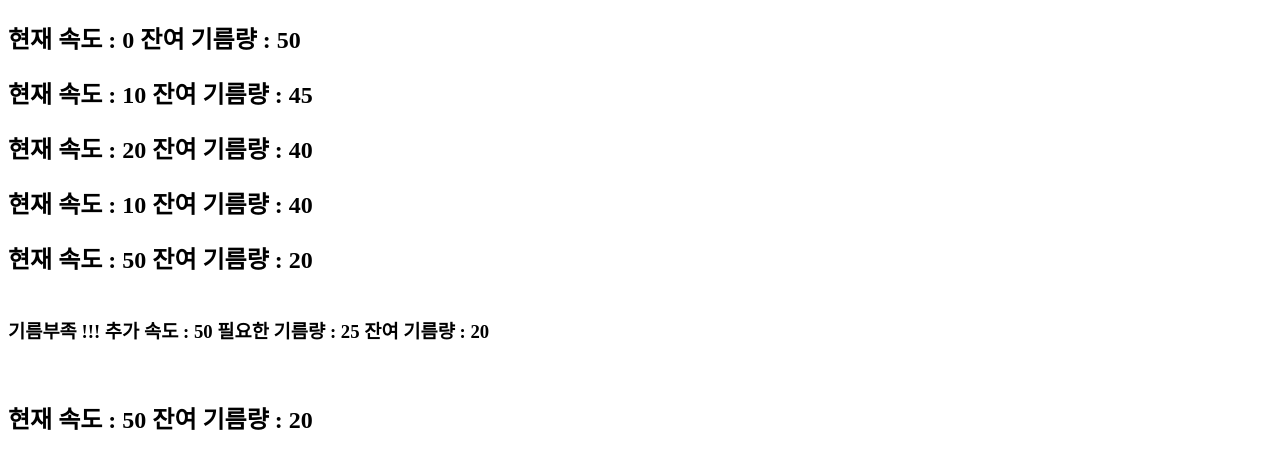
Repository: Dalso13/workspace
Page: workspace_web/chapter03_javascript/WebContent/06_객체/Ex07_객체문제.html
These files come from the project's save history. The page is drawn as it stood at one moment and after a run of saves; the edit follows.
The browser window is 1280 px wide. The pictures show the whole page.

Above is the page before, as saved 2023-05-11 06:19:07.

### workspace_web/chapter03_javascript/WebContent/06_객체/Ex07_객체문제.html
<!DOCTYPE html>
<html>
<head>
<meta charset="UTF-8">
<title>Insert title here</title>
<script type="text/javascript">
	/*
		1. 빈 객체 car 생성
		2. 객체 car에 동적으로 프로퍼티 추가
			1) model = 아무거나
			2) speed = 0
			3) oil	= 50;
			4) MAX_SPEED = 100
			5) speedUp 함수 -> speed 10 증가시 oil 5 사용
			6) speedDown 함수 -> speed 감소에 oil 미사용
	*/

	let car = {};

	car.model = "G80";
	car.speed = 0;
	car.oil = 50;
	car.MAX_SPEED = 100;


	function speedUp(speed) {
			if (speed/2 > car.oil) {
				document.write("<h3> <br>기름부족 !!!")
				document.write(" 추가 속도 : " + speed + " 필요한 기름량 : "+ speed/2
						+ " 잔여 기름량 : " + car.oil + "</h3><br>");

				speed = 0;
			}

			car.speed += speed;
			let count = speed/10;

			while (count > 0) {
				count--;
				car.oil -= 5;
			}

	}

	function speedDown(speed) {
		car.speed -= speed;
		if (car.speed <= 0) {
			car.speed = 0;
		}
	}

	document.write("<h2> 현재 속도 : " + car.speed + " 잔여 기름량 : " + car.oil + "</h2>");
	speedUp(10);
	document.write("<h2> 현재 속도 : " + car.speed + " 잔여 기름량 : " + car.oil + "</h2>");
	speedUp(10);
	document.write("<h2> 현재 속도 : " + car.speed + " 잔여 기름량 : " + car.oil + "</h2>");
	speedDown(10);
	document.write("<h2> 현재 속도 : " + car.speed + " 잔여 기름량 : " + car.oil + "</h2>");
	speedUp(40);
	document.write("<h2> 현재 속도 : " + car.speed + " 잔여 기름량 : " + car.oil + "</h2>");
	speedUp(50);
	document.write("<h2> 현재 속도 : " + car.speed + " 잔여 기름량 : " + car.oil + "</h2>");
</script>
</head>
<body>

</body>
</html>

After the next 2 saves:
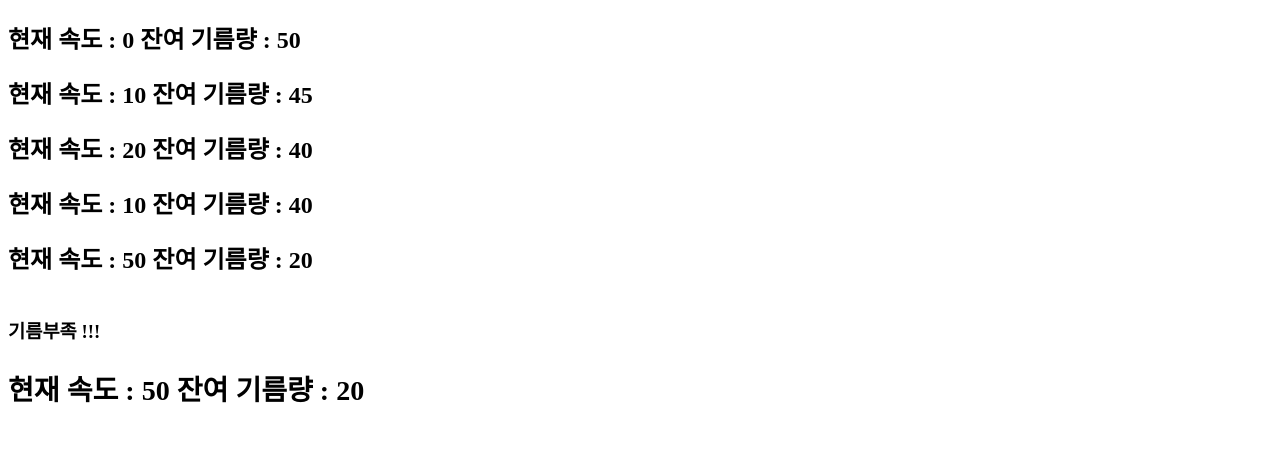
The 2 saves are shown as one change because they came seconds apart.
The last was saved 15 s later.
--- a/workspace_web/chapter03_javascript/WebContent/06_객체/Ex07_객체문제.html
+++ b/workspace_web/chapter03_javascript/WebContent/06_객체/Ex07_객체문제.html
@@ -25,8 +25,8 @@
 
 	function speedUp(speed) {
 			if (speed/2 > car.oil) {
-				document.write("<h3> <br>기름부족 !!!")
-				document.write(" 추가 속도 : " + speed + " 필요한 기름량 : "+ speed/2
+				document.write("<h3> <br>기름부족 !!!<br")
+				document.write("추가 속도 : " + speed + " 필요한 기름량 : "+ speed/2
 						+ " 잔여 기름량 : " + car.oil + "</h3><br>");
 
 				speed = 0;
